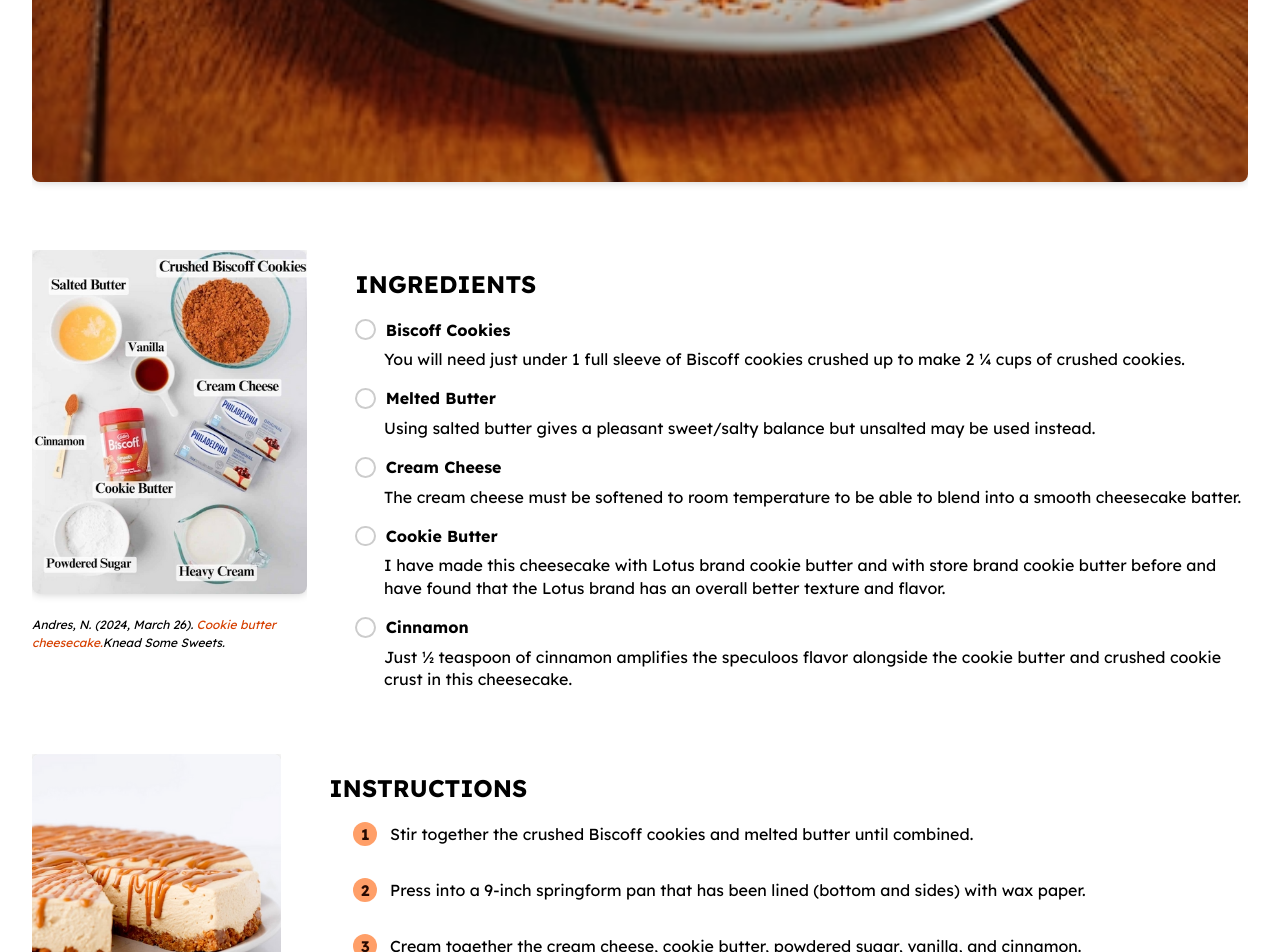
Repository: adiazrom/Eines-HTML-adiazrom
Page: src/pages/cheesecake-lotus.html
These files come from the project's save history. The page is drawn as it stood at one moment and after the next save; the edit follows.
The browser window is 1280 px wide. The pictures show the part of the page from y = 976 to 1928 px (the page is 3047 px tall before and 3045 px after).

Above is the page before, as saved 2025-05-31 01:38:36.

After the next save:
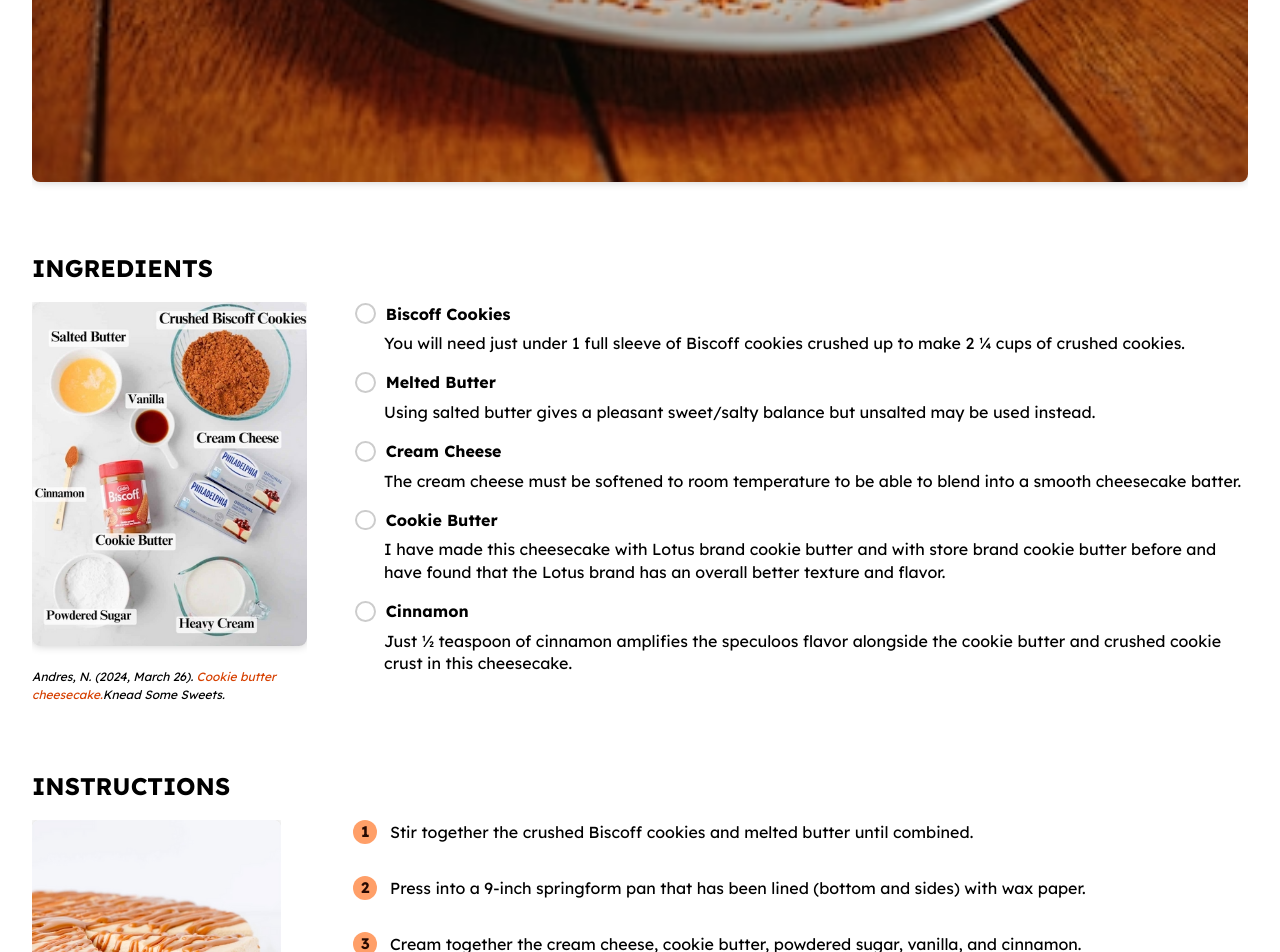
Saved 18 s later.
--- a/src/pages/cheesecake-lotus.html
+++ b/src/pages/cheesecake-lotus.html
@@ -72,6 +72,7 @@
       </figure>
 
       <section class="ingredients">
+         <header><h2>INGREDIENTS</h2></header>
       <div class="recipe-page-container">
 
          <figure class="recipe-page-img">
@@ -94,7 +95,6 @@
 
 
          <ul class="ingredients-list">
-                     <header><h2>INGREDIENTS</h2></header>
 
             <li>
                <label for="biscoff-cookies"><input type="checkbox" id="biscoff-cookies"><strong>Biscoff Cookies</strong></label>
@@ -122,6 +122,7 @@
 </section>
 
 <section class="instructions">
+            <header><h2>INSTRUCTIONS</h2></header>
             <div class="recipe-page-container">
 
             <figure class="recipe-page-img">
@@ -142,8 +143,6 @@
                   </cite>
                </figure>
             <ol>
-            <header><h2>INSTRUCTIONS</h2></header>
-
                <li>
                <p><span class="step-number">1</span> Stir together the crushed Biscoff cookies and melted butter until combined.</p>
                </li>
